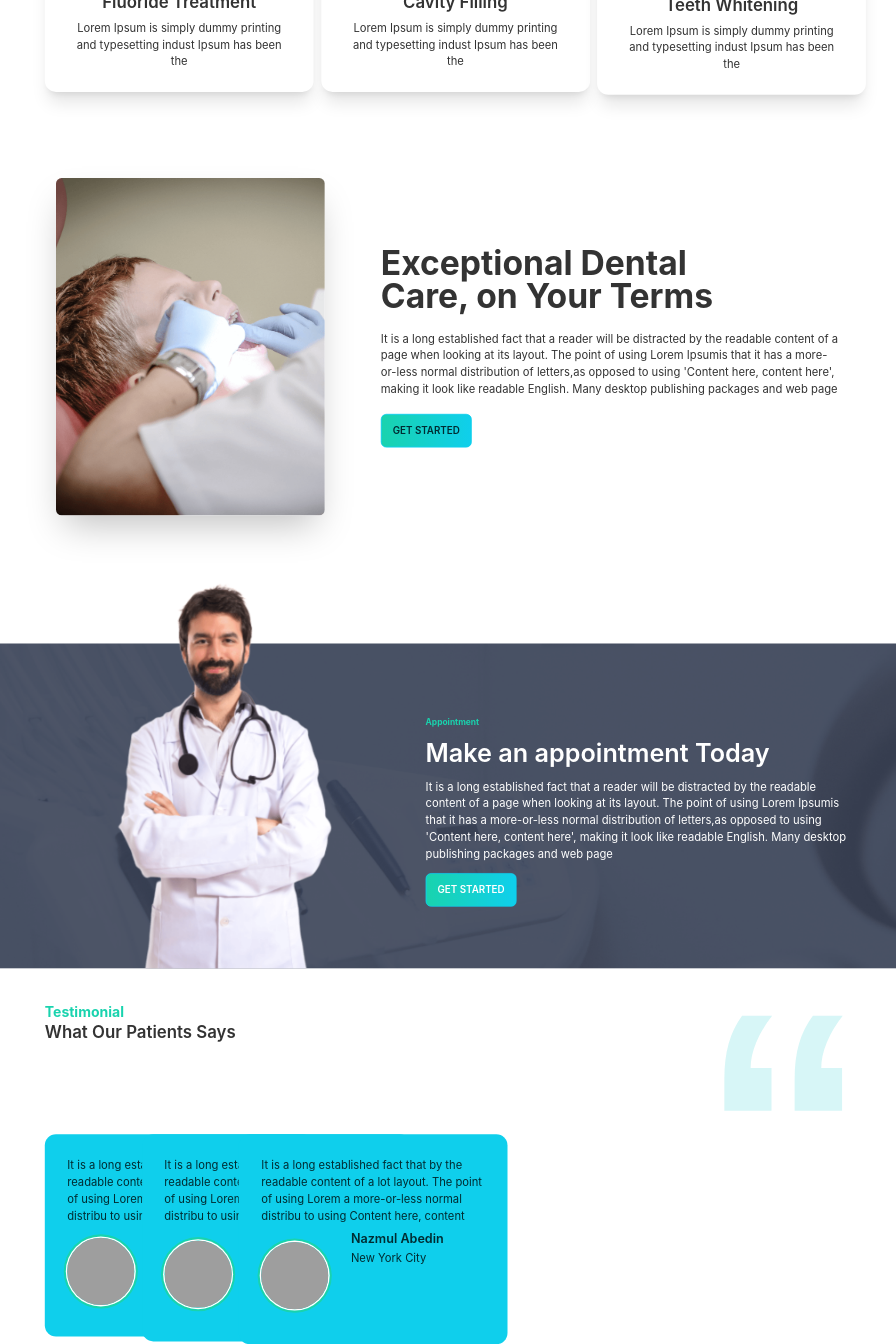
Repository: Tanvir3744/Doctors-client-website
Page: /
An editor plug-in stored every save of this project. The page is shown before and after the next save, followed by the edit.
The browser window is 1280 px wide. The pictures show the part of the page from y = 1236 to 3156 px (the page is 3156 px tall), at 70% of full size.
Pictures or frames that could not be fetched are drawn as grey boxes. The project was rebuilt for these pictures with package versions that can differ from the ones it lists, and the page was loaded fresh each time. Also part of the build but not shown: src/Pages/About/About.js, src/Pages/Login/Login.js, src/Pages/NotFound/NotFound.js.

Above is the page before, as saved 2022-05-25 23:01:48.

After the next save:
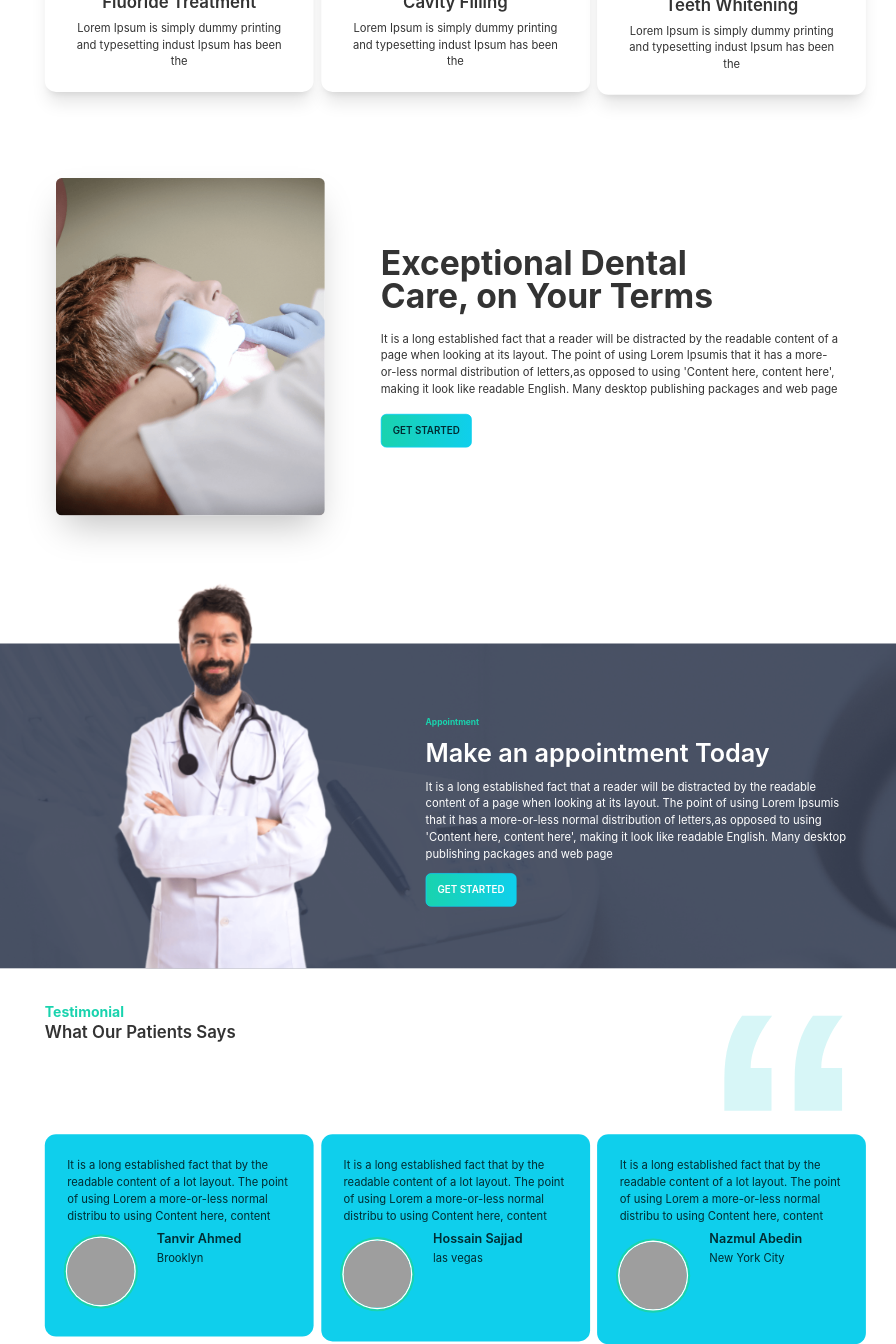
Saved 14 s later.
--- a/src/Pages/Home/Testimonials.js
+++ b/src/Pages/Home/Testimonials.js
@@ -43,7 +43,7 @@ const Testimonials = () => {
             </div>
 
             {/* testimonial cards */}
-            <div className='lg:max-w-lg sm:max-w-sm grid sm:grid-cols-1 md:grid-cols-2 lg:grid-cols-3 px-16 mt-8  gap-8'>
+            <div className=' grid sm:grid-cols-1 md:grid-cols-2 lg:grid-cols-3 px-16 mt-8  gap-8'>
                 {
                     testData.map(test => <TestCard key={test._id} test={test}></TestCard>)
                 }
